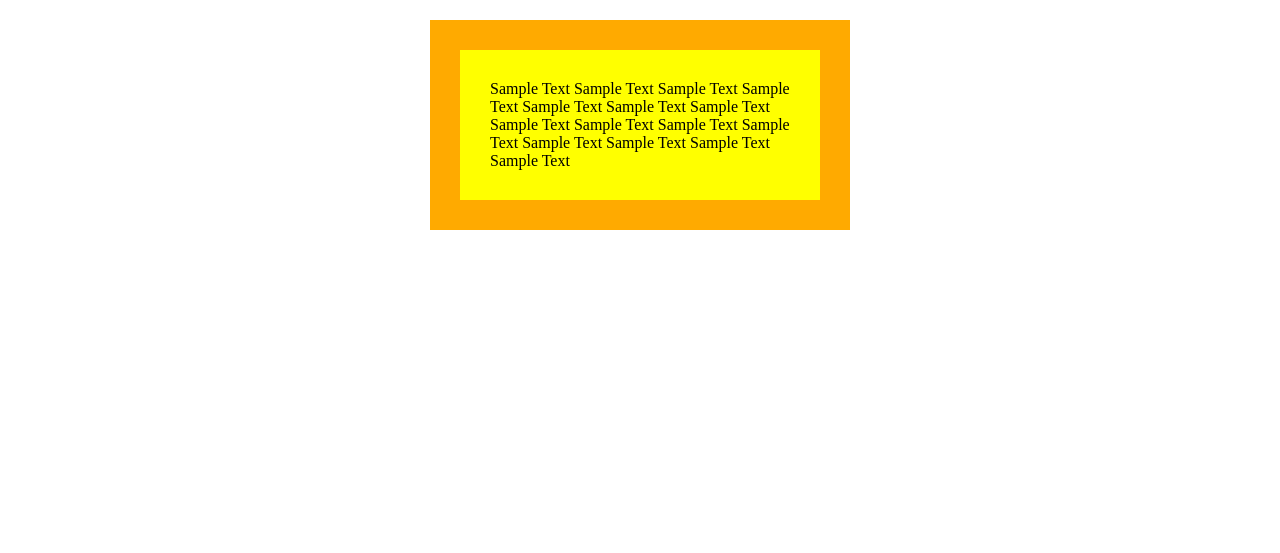
Repository: lixinso/html5
Page: workspace/CSS3/WebContent/box/box_box_sizing.html
These files come from the project's save history. The page is drawn as it stood at one moment and after the next save; the edit follows.
The browser window is 1280 px wide. The pictures show the whole page.

Above is the page before, as saved 2011-05-28 02:17:00.

### workspace/CSS3/WebContent/box/box_box_sizing.html
<?xml version="1.0" encoding="UTF-8" ?>
<!DOCTYPE html PUBLIC "-//W3C//DTD XHTML 1.0 Transitional//EN" "http://www.w3.org/TR/xhtml1/DTD/xhtml1-transitional.dtd">
<html xmlns="http://www.w3.org/1999/xhtml">
<head>
<meta http-equiv="Content-Type" content="text/html; charset=UTF-8" />
<title>Insert title here</title>

	<style type="text/css">

	div{
		width: 300px;
		border: solid 30px #ffaa00;
		padding: 30px;
		background-color: #ffff00;
		margin: 20px auto
	}

	div#div1{
		box-sizing: content-box;
	}

	div#div2{
		box-sizing: border-box;
	}

	</style>


</head>
<body>


	<div id="div1">
		Sample Text Sample Text Sample Text Sample Text Sample Text Sample Text Sample Text Sample Text Sample Text Sample Text Sample Text Sample Text Sample Text Sample Text Sample Text
	</div>




</body>
</html>

After the next save:
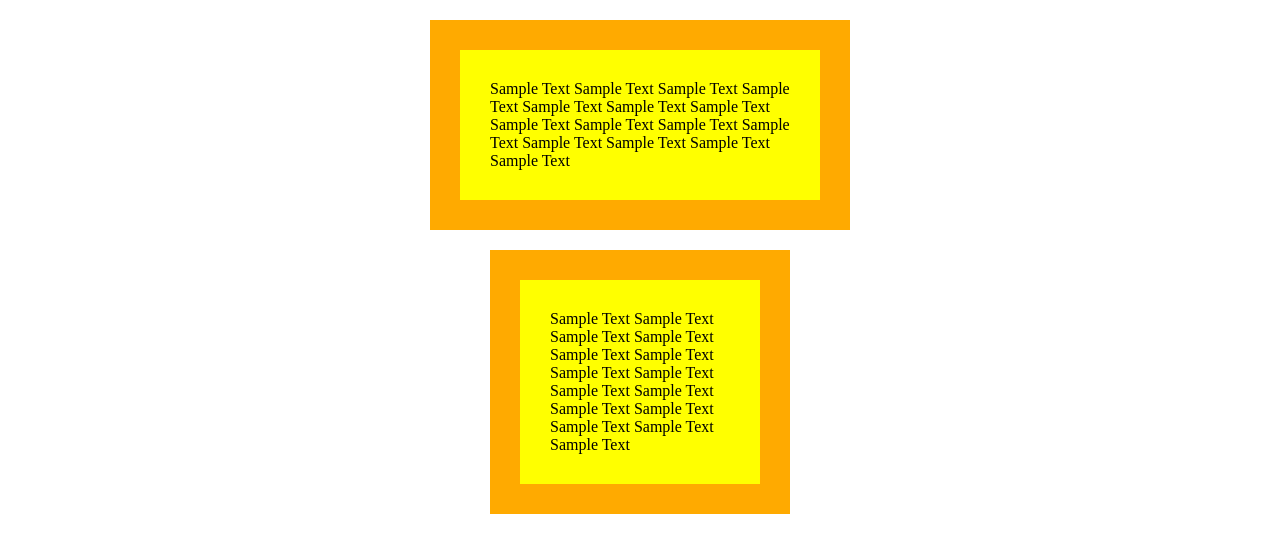
Saved 12 s later.
--- a/workspace/CSS3/WebContent/box/box_box_sizing.html
+++ b/workspace/CSS3/WebContent/box/box_box_sizing.html
@@ -34,6 +34,9 @@
 		Sample Text Sample Text Sample Text Sample Text Sample Text Sample Text Sample Text Sample Text Sample Text Sample Text Sample Text Sample Text Sample Text Sample Text Sample Text
 	</div>
 
+	<div id="div2">
+		Sample Text Sample Text Sample Text Sample Text Sample Text Sample Text Sample Text Sample Text Sample Text Sample Text Sample Text Sample Text Sample Text Sample Text Sample Text
+	</div>
 
 
 
